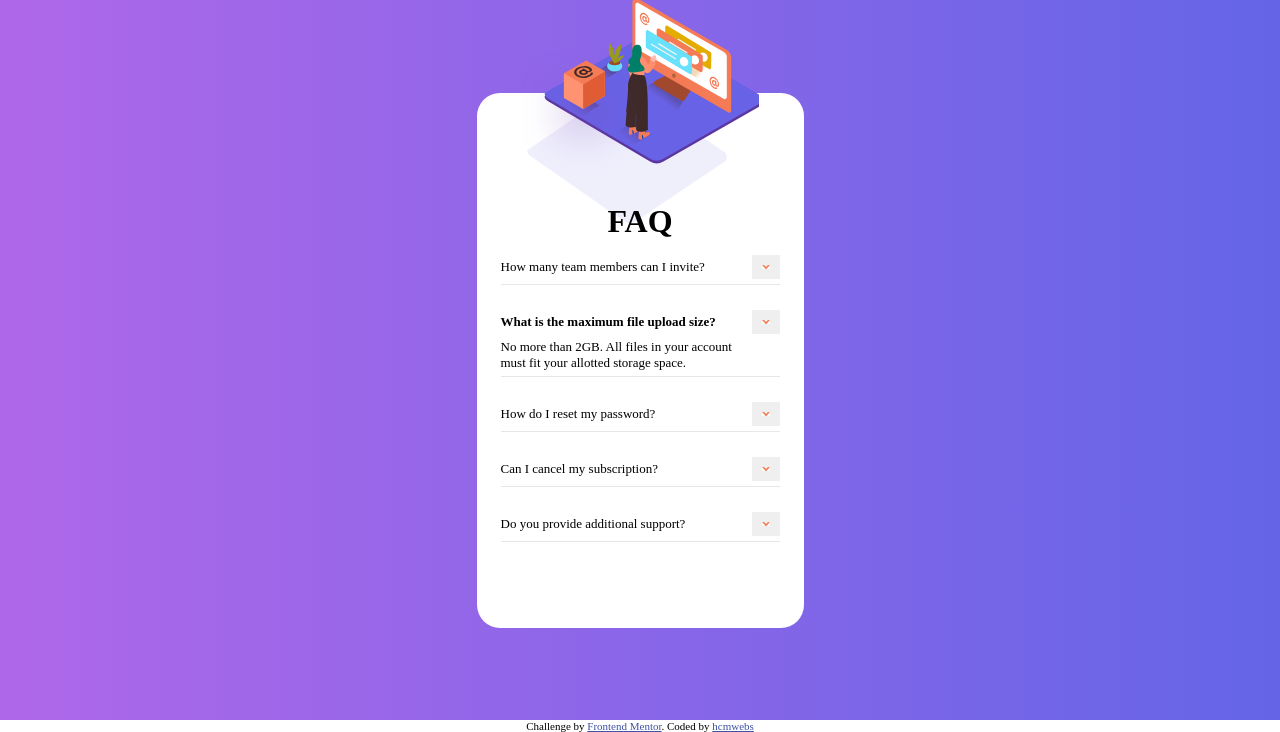
Repository: Hcmwebs/faq-accordion-card
Page: index.html
These files come from the project's save history. The page is drawn as it stood at one moment and after the next save; the edit follows.
The browser window is 1280 px wide. The pictures show the whole page.
The style sheet was rebuilt from its Sass, Less or Tailwind sources for each picture, by a compiler version that may differ from the author's.

Above is the page before, as saved 2020-11-06 12:29:22.

After the next save:
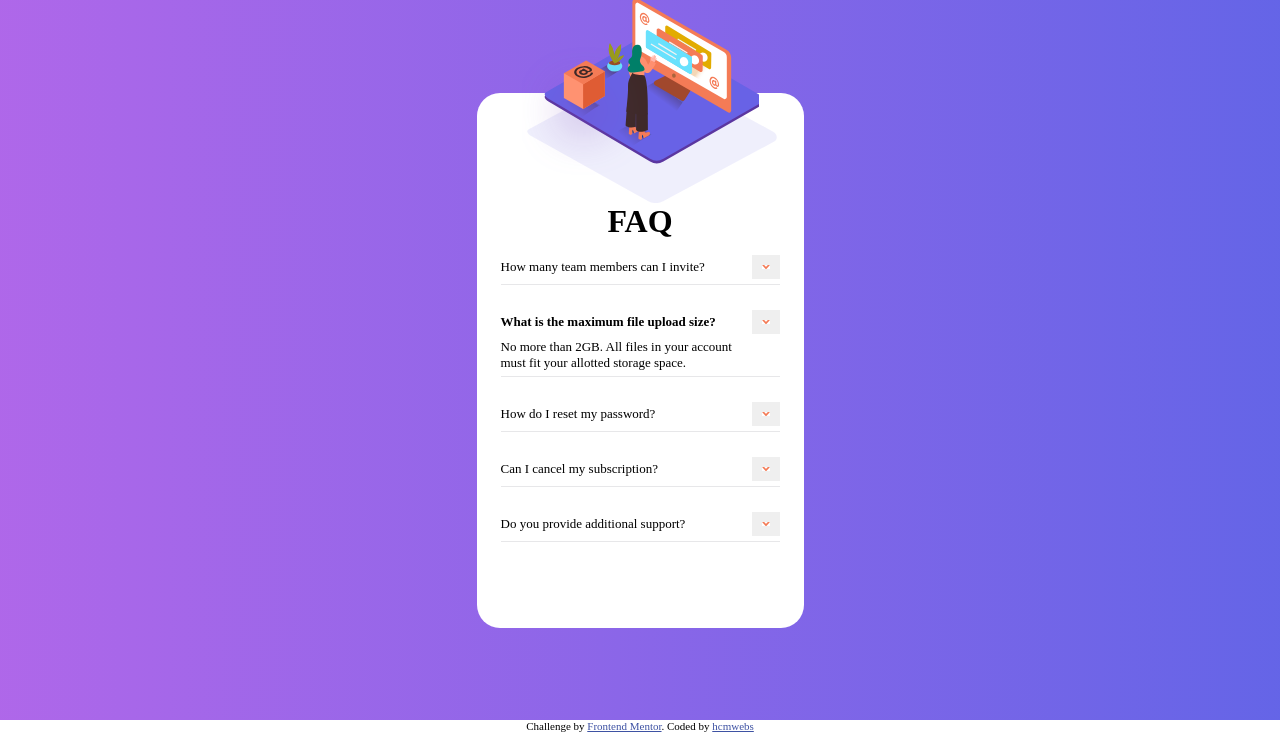
Saved 45 s later.
--- a/scss/main.scss
+++ b/scss/main.scss
@@ -58,8 +58,8 @@ font-weight: $font-light;
   .card{
     width: 327px;
     height:535px;
-    background:#fff url(/images/bg-pattern-mobile.svg) no-repeat 50px -100px;
-    background-size: 200px 230px;
+    background:#fff url(/images/bg-pattern-mobile.svg) no-repeat 50px -120px;
+    background-size: 250px 230px;
     border-radius:23px;
     padding: 10px;
     @include flex($column,$center,$center);
